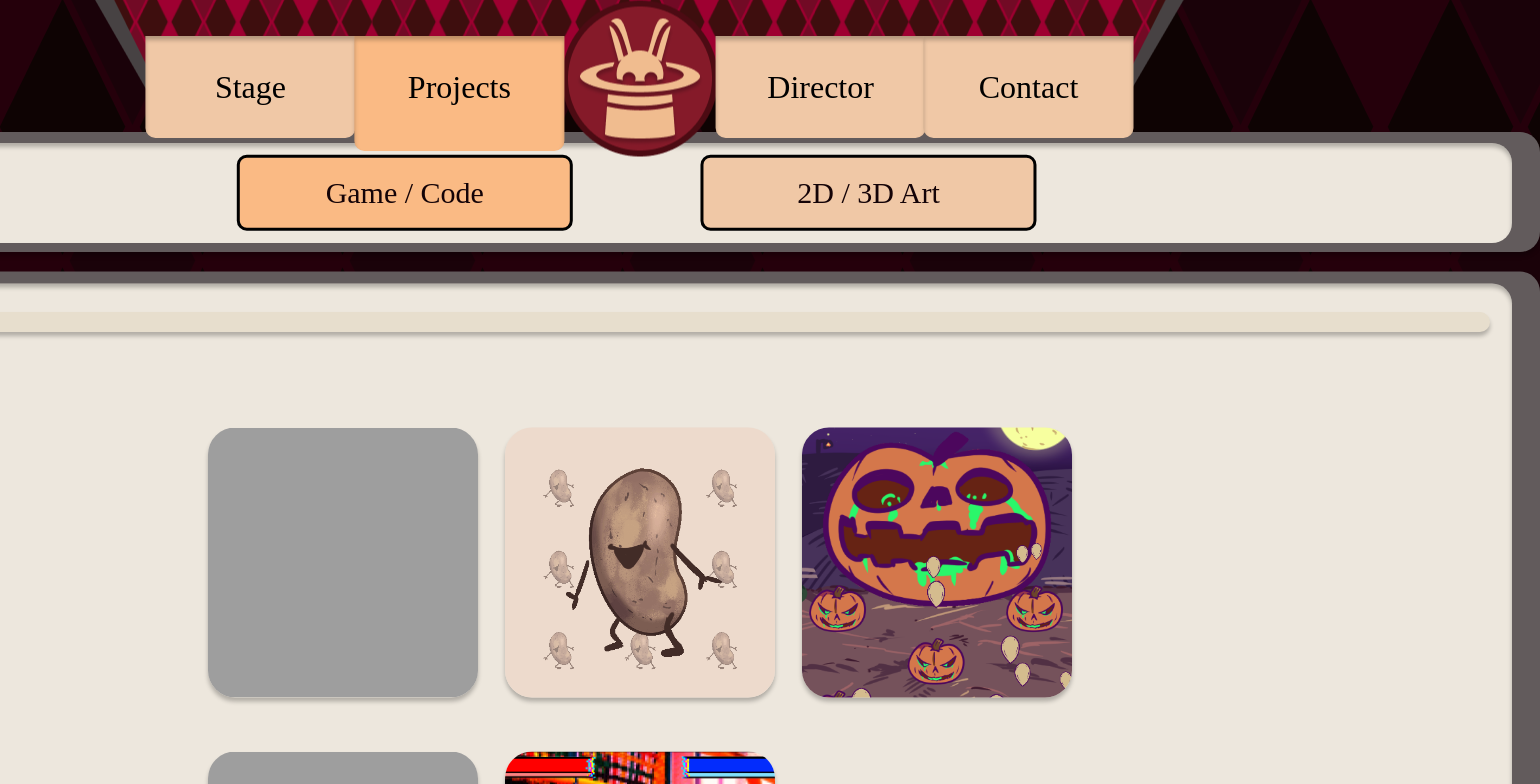
Repository: EMP-ChristinaC/Portfolio
Page: main-project-page/projects.html
The author's editor kept a copy of each file at every save. The page is drawn from the files as they stood at one save, then again after the next save.
The browser window is 1280 px wide. The page is 1540 px wide, so the pictures cover 1540 px, including what lies to the right of the window. The pictures show the part of the page from y = 0 to 784 px (the page is 2161 px tall).
Pictures or frames that could not be fetched are drawn as grey boxes. Some web fonts or font styles are not loaded; a fallback is used.

Above is the page before, as saved 2024-12-18 16:55:09.

### main-project-page/projects.html
<!DOCTYPE html>
<html lang="en">

<head>
    <meta charset="UTF-8">
    <meta name="viewport" content="width=device-width, initial-scale=1.0">
    <title>CC- Project Gallery Main</title>
    <!--- ////////////////// OUTSIDE STYLES //////////////////-->


    <!--- ///////////////// GOOGLE FONTS  ////////////////////-->
    <link rel="preconnect" href="https://fonts.googleapis.com">
    <link rel="preconnect" href="https://fonts.gstatic.com" crossorigin>
    <link
        href="https://fonts.googleapis.com/css2?family=Overlock:ital,wght@0,400;0,700;0,900;1,400;1,700;1,900&family=Vast+Shadow&display=swap"
        rel="stylesheet">

    <!--- /////////////// MY STYLES ////////////////-->

    <link rel="stylesheet" href="projects-style.css">
    <link rel="stylesheet" href="../nav.css">
    <!-- <link rel="stylesheet" href="projects-style1280x1024.css"> -->
    <link rel="stylesheet" href="media-style-mac-main.css">
    <link rel="stylesheet" href="media-style-phone-main.css">

    <!--- //////////////// FAVICON LINKS ///////////////////-->
    <link rel="shortcut icon" href="../image/logo.png" type="image/x-icon">
    <link rel="icon" href="../image/logo.png" type="image/x-icon">

</head>

<body class="project">

    <!--- /////////////////////// NAVIGATION /////////////////////-->
    <header class="navigation">
        <img class="nav-background" src="../image/nav-background.png"
            alt="A decor for the nav, it holds a logo with diamond patterns in the background.">


            <a href="../index.html" class="nav-home">Stage</a>
            <a href="../about-page/about.html" class="nav-about">Director</a>
            <a href="../contact-page/contact.html" class="nav-contact">Contact</a>
            <a href="projects.html" class="nav-projects current">Projects</a>
    </header>

    <!--- /////////////////////// BOX OUTLINE ///////////////////////-->

    <div class="box-outline-outside-projects-sub-nav">
        <div class="box-outline-inside-projects-sub-nav"></div>
    </div>

    <a href="projects.html" class="main current-sub">Game / Code</a>

    <a href="../sub-project-page/projects-two.html" class="sub">2D / 3D Art</a>


    <div class="box-outline-outside-projects">
        <div class="box-outline-inside-projects"></div>
    <!-- <div class="dia-left-projects">
        <img src="../image/Dia-bottom-left.png"
            alt="A diamond pattern decor that is placed onto the bottom left of the box outline">
    </div>

    <div class="dia-right-projects">
        <img src="../image/Dia-top-right.png"
            alt="A diamond pattern decor that is placed onto the top right of the box outline">
    </div> -->
    </div>

    <div class="box-outline-heading-wel-project">
        <div class="heading-intro-project">
            <h1>Digital</h1>
        </div>
    </div>

    <!--- ////////////////////////-->

    <div class="box-outline-outside-projects-two">
        <div class="box-outline-inside-projects-two"></div>
    <!-- <div class="dia-left-projects-two">
        <img src="../image/Dia-bottom-left.png"
            alt="A diamond pattern decor that is placed onto the bottom left of the box outline">
    </div>

    <div class="dia-right-projects-two">
        <img src="../image/Dia-top-right.png"
            alt="A diamond pattern decor that is placed onto the top right of the box outline">
    </div> -->
    </div>

    <div class="box-outline-heading-wel-project-two">
        <div class="heading-intro-project-two">
            <h1>Physical</h1>
        </div>
    </div>



    <!--- ////////////////////////-->

    <div class="box-outline-outside-foot">
        <div class="box-outline-inside-foot"></div>

            <footer class="section">
                <p>© 2024 by Christina Chan. Powered and secured by Github</p>

                <a class="github" href="https://github.com/EMP-ChristinaC"> <img src="../image/Github-icon.png"
                    alt="Github icon image."></a>

            <a class="twitter" href="https://x.com/EMP_Nifl"> <img src="../image/Twitter-Icon.png"
                    alt="Twitter icon image."></a>

                    <a class="discord" href="https://discordapp.com/users/456539039286165514"> <img src="../image/discord-icon.webp"
                            alt="Discord icon image."></a>

                    <a class="linkedin" href="https://www.linkedin.com/in/christina-chan-290a29323/"> <img src="../image/Linkedin-icon.webp"
                            alt="Linkedin icon image."></a>

                            <a class="instagram" href="https://www.instagram.com/emp_christinac/"> <img
                                src="../../image/InstagramIcon.png" alt="Instagram icon image."></a>
                </div>

            </footer>
    </div>


    <!--- /////////////////////// DECOR  ///////////////////////-->

    <!-- <div class="left-curtain">
        <img src="../image/curtains-left.png" alt="A curtain decor that is placed on the left side of the website.">
    </div>

    <div class="right-curtain">
        <img src="../image/curtain-right.png" alt="A curtain decor that is placed on the right side of the website.">
    </div> -->

    <!--- /////////////////////// TEXT ///////////////////////-->


    <!--- /////////////////////// FOOTER ///////////////////////-->


    <!--- /////////////////////// IMAGES DESKTOP ///////////////////////-->

    <div class="image-container">
        <a href="../projects/cardcraft/mc.html"> <img src="../image/CardCraft-Show Case-Overview.jpg" alt="An overview image of a project called CardCraft.">
        <div class="hover-overlay">
            <div class="hover-text-overlay">CardCraft</div>
        </div>
    </div>

    <div class="image-container-two">
        <a href="../projects/potato-shuffle/potato.html"> <img src="../image/Cover.png" alt="An overview image of a project called Potato Shuffle.">
        <div class="hover-overlay">
            <div class="hover-text-overlay">Potato Shuffle</div>
        </div>
    </div>

    <div class="image-container-three">
        <a href="../projects/mystic-rain/mystic.html"> <img src="../image/MysticRain Home Screen.png" alt="An overview image of a project called MysticRain.">
        <div class="hover-overlay">
            <div class="hover-text-overlay">MysticRain</div>
        </div>
    </div>


    <div class="image-container-four">
        <a href="../projects/smash-n-dash/smash.html"> <img src="../image/Smash-N-Dash-Main-Screen.png" alt="An overview image of a project called Smash N Dash.">
        <div class="hover-overlay">
            <div class="hover-text-overlay">Smash-n-Dash</div>
        </div>
    </div>

    <div class="image-container-five">
        <a href="../projects/"> <img src="../image/Inner-Demons-Gallery.png" alt="An overview image of a project called Sniffle: The Fox Box.">
        <div class="hover-overlay">
            <div class="hover-text-overlay">Inner Demons<br> [In Progress]</div>
        </div>
    </div>

    <div class="image-container-six">
        <a href="../projects/"> <img src="../image/OnlyTwo-Gallery.png" alt="An overview image of a project called Liyue Sunset.">
        <div class="hover-overlay">
            <div class="hover-text-overlay">Only Two<br> [In Progress]</div>
        </div>
    </div>

    <div class="image-container-seven">
        <a href=""> <img src="../image/Please-Wait.png" alt="An overview image of a project called Please Wait.">
        <div class="hover-overlay">
            <div class="hover-text-overlay">Please Wait! <br> [In Progress]</div>
        </div>
    </div>


</body>

</html>

### main-project-page/projects-style.css

/*///////////////////////////////// Box Outline ////////////////////////////*/
.box-outline-outside-projects,
.box-outline-outside-projects-two {
    width: 1800px;
    height: 804px;
    background: rgba(98, 91, 92);
    box-shadow: 0px 4px 4px rgba(0, 0, 0, 0.25);
    border-radius: 20px;
}

.box-outline-outside-projects {
    position: absolute;
    top: 50%;
    left: 50%;
    transform: translate(-50%, -11%);
}

.box-outline-outside-projects-two {
    position: absolute;
    top: 50%;
    left: 50%;
    transform: translate(-50%, 95%);
}

.box-outline-outside-projects-sub-nav {
    width: 1800px;
    height: 120px;
    background: rgba(98, 91, 92);
    box-shadow: 0px 4px 4px rgba(0, 0, 0, 0.25);
    border-radius: 20px;
    position: absolute;
    top: 50%;
    left: 50%;
    transform: translate(-50%, -190%);
}


/*//////////////////////////////////////////////////////////////////////////////*/


.box-outline-inside-projects {
    width: 1745px;
    height: 780px;
    background: #EDE7DD;
    box-shadow: 0px 4px 4px rgba(0, 0, 0, 0.25) inset;
    border-radius: 20px;
    position: absolute;
    top: 1.5%;
    left: 1.5%;
    /* transform: translate(-50%, -26.3%); */
}

.box-outline-inside-projects-two {
    width: 1745px;
    height: 780px;
    background: #EDE7DD;
    box-shadow: 0px 4px 4px rgba(0, 0, 0, 0.25) inset;
    border-radius: 20px;
    position: absolute;
    top: 1.5%;
    left: 1.5%;
    /* transform: translate(-50%, -26.3%); */
}

.box-outline-inside-projects-sub-nav {
    width: 1745px;
    height: 100px;
    background: #EDE7DD;
    box-shadow: 0px 4px 4px rgba(0, 0, 0, 0.25) inset;
    border-radius: 20px;
    position: absolute;
    top: 9%;
    left: 1.5%;
    /* transform: translate(-50%, -26.3%); */
}

/*/////////////////////////////////////*/

.box-outline-heading-wel-project,
.box-outline-heading-wel-project-two {
    width: 1700px;
    height: 20px;
    background: #E7DECD;
    box-shadow: 0px 4px 4px rgba(0, 0, 0, 0.25);
    border-radius: 20px;
    z-index: 1;

}
/*/////////////////////////////////////*/

.box-outline-heading-wel-project {
    position: absolute;
    top: 45%;
    left: 50%;
    transform: translate(-50%, -60%);
}

.box-outline-heading-wel-project-two {
    position: absolute;
    top: 117%;
    left: 50%;
    transform: translate(-50%, 895%);
}


/*/////////////////////////////////////*/

.box-outline-outside-foot {
    width: 100%;
    height: 200px;
    background: rgba(98, 91, 92);
    box-shadow: 0px 4px 4px rgba(0, 0, 0, 0.25);
    border-radius: 20px 20px 0 0;
    position: absolute;
    top: 50%;
    left: 50%;
    transform: translate(-50%, 800%);
}

.box-outline-inside-foot {
    width: 99%;
    height: 185px;
    position: absolute;
    background: #EDE7DD;
    box-shadow: 0px 4px 4px rgba(0, 0, 0, 0.25) inset;
    border-radius: 20px 20px 0 0;
    position: absolute;
    /* transform: translate(-50%, 343%); */
    top: 8%;
    left: 0.5%;
}


/*///////////////////////////////// Decor ////////////////////////////*/

.dia-left-projects img,
.dia-left-projects-two img {
    position: absolute;
    top: 27%;
    left: 50%;
    transform: translate(-385%, 205%);
}


.dia-right-projects img,
.dia-right-projects-two img {
    position: absolute;
    top: 27%;
    right: 50%;
    transform: translate(385%, -107%);
}


/*/////////////////////////////////////*/

.left-curtain {
    position: fixed;
    top: 0%;
    left: 0%;
}

.right-curtain {
    position: fixed;
    top: 0%;
    right: 0%;
}

/*///////////////////////////////// Heading Text ////////////////////////////*/

.heading-intro-project,
.heading-intro-project-two {
    width: 827px;
    text-align: center;
    color: #FABA84;
    font-size: 25px;
    font-family: Vast Shadow;
    font-weight: 400;
    -webkit-text-stroke: 0.1px #4C0B13;
    z-index: 1;
}

/*/////////////////////////////////////*/

.heading-intro-project {
    position: absolute;
    top: -20%;
    left: -22%;
    /* transform: translate(-50%, -320%); */
}

.heading-intro-project-two {
    position: absolute;
    top: -20%;
    left: 2%;
    /* transform: translate(-50%, -320%); */
}

/*///////////////////////////////// Paragraph Text ////////////////////////////*/

footer.section {
    text-align: center;
    color: black;
    font-size: 14px;
    font-family: Overlock;
    font-weight: 400;

    width: 500px;
    position: absolute;
    top: 50%;
    left: 50%;
    transform: translate(-53%, 80%);

}

footer.section p {
    width: 100%;
    height: 100%;
    transform: translate(1%, 35%);
}


/*/////////////////////////////////////*/
.github {
    width: 45px;
    height: 45px;
    position: absolute;
    top: 50%;
    left: 50%;
    overflow: hidden;
    box-shadow: 0px 4px 4px rgba(0, 0, 0, 0.25);
    border-radius: 30px;
    transform: translate(-250%, -180%);
}

.github img {
    width: 100%;
    height: 100%;
    object-fit: cover;
    transition: all 0.3s ease-in-out;
    transform: translate(0%, 0%);
}

.twitter {
    width: 45px;
    height: 45px;
    position: absolute;
    top: 50%;
    left: 50%;
    overflow: hidden;
    box-shadow: 0px 4px 4px rgba(0, 0, 0, 0.25);
    border-radius: 30px;
    transform: translate(-100%, -180%);
}

.twitter img {
    width: 100%;
    height: 100%;
    object-fit: cover;
    transition: all 0.3s ease-in-out;
    transform: translate(-0%, -0%);
}


.discord {
    width: 45px;
    height: 45px;
    position: absolute;
    top: 50%;
    left: 50%;
    overflow: hidden;
    box-shadow: 0px 4px 4px rgba(0, 0, 0, 0.25);
    border-radius: 30px;
    transform: translate(50%, -180%);
}

.discord img {
    width: 100%;
    height: 100%;
    object-fit: cover;
    transition: all 0.3s ease-in-out;
    transform: translate(-0%, -0%);
}


.linkedin {
    width: 45px;
    height: 45px;
    position: absolute;
    top: 50%;
    left: 50%;
    overflow: hidden;
    box-shadow: 0px 4px 4px rgba(0, 0, 0, 0.25);
    border-radius: 30px;
    transform: translate(200%, -180%);
}

.linkedin img {
    width: 100%;
    height: 100%;
    object-fit: cover;
    transition: all 0.3s ease-in-out;
    transform: translate(-0%, -0%);
}
/*///////////////////////////////// Button ////////////////////////////*/

.main,
.sub {
    position: absolute;
    text-align: center;
    color: #140307;
    font-family: Vast Shadow;
    font-weight: 400;
    background: #F0C8A6;
    top: 50%;
    left: 50%;
    border: none;
    cursor: pointer;
    transition: all 0.3s ease-in-out;
    border: 3px black solid;
    border-radius: 10px;
    z-index: 1;
}

/*/////////////////////////////////////*/


.main {
    transform: translate(-120%, -270%);
    font-size: 30px;
    line-height: 70px;
    width: 330px;
    height: 70px;
}

.sub {
    transform: translate(18%, -270%);
    font-size: 30px;
    line-height: 70px;
    width: 330px;
    height: 70px;
}


/*///////////////////////////////// Animation ////////////////////////////*/

.image-container {
    transform: translate(-160%, 340%);
}

.image-container-two {
    transform: translate(-50%, 25%);
}

.image-container-three {
    transform: translate(-160%, 145%);
}


.image-container-four {
    transform: translate(60%, 25%);
}

.image-container-five {
    transform: translate(-50%, 145%);
}

.image-container-six {
    transform: translate(-50%, 340%);
}

.image-container-seven {
    transform: translate(-160%, 25%);
}

.image-container,
.image-container-two,
.image-container-three,
.image-container-four,
.image-container-five,
.image-container-six,
.image-container-seven {
    top: 50%;
    left: 50%;
    position: absolute;
    width: 270px;
    height: 270px;
    border-radius: 10%;
    overflow: hidden;
    box-shadow: 0px 4px 4px rgba(0, 0, 0, 0.25);
}

.image-container img {
    width: 150%;
    height: 150%;
    object-fit: cover;
    transform: translate(-20%, -15%);
    transition: all 0.3s ease-in-out;
}

.image-container-two img {
    width: 130%;
    height: 130%;
    object-fit: cover;
    transform: translate(-12%, -16%);
    transition: all 0.3s ease-in-out;
}

.image-container-three img {
    width: 150%;
    height: 100%;
    object-fit: cover;
    transform: translate(-30%, -0%);
    transition: all 0.3s ease-in-out;
}

.image-container-four img {
    width: 100%;
    height: 190%;
    transform: translate(0%, -17%);
    object-fit: cover;
    transition: all 0.3s ease-in-out;
}

.image-container-five img {
    width: 100%;
    height: 100%;
    object-fit: cover;
    transition: all 0.3s ease-in-out;
}

.image-container-six img {
    width: 140%;
    height: 140%;
    object-fit: cover;
    transition: all 0.3s ease-in-out;
    transform: translate(0%, -15%);
}

.image-container-seven img {
    width: 100%;
    height: 100%;
    object-fit: cover;
    transition: all 0.3s ease-in-out;
}

.hover-overlay {
    position: absolute;
    top: 0;
    left: 0;
    width: 100%;
    height: 100%;
    display: flex;
    justify-content: center;
    align-items: center;
    opacity: 0;
    transition: opacity 0.8s ease;
    background: rgba(0, 0, 0, 0.4);
    border-radius: 10%;
}

.hover-text-overlay {
    color: #f1f1f1;
    font-size: 25px;
    font-family: Overlock;
    font-weight: 400;
    padding: 20px;
    text-align: center;
}

.image-container:hover .hover-overlay,
.image-container-two:hover .hover-overlay,
.image-container-three:hover .hover-overlay,
.image-container-four:hover .hover-overlay,
.image-container-five:hover .hover-overlay,
.image-container-six:hover .hover-overlay,
.image-container-seven:hover .hover-overlay {
    opacity: 1;
}


/*///////////////////////////////// Phone ////////////////////////////*/

.phone-projects {
    display: none;
}

### main-project-page/media-style-mac-main.css
@media screen and (min-width: 2005px) and (min-height: 1353px) {


    /*///////////////////////////////// Nav Decor ////////////////////////////*/
    .nav-background {
        transform: translate(-50%, -57%);
        width: 1320px;
        height: auto;

    }


    .nav-home,
    .nav-about,
    .nav-contact,
    .nav-projects {
        width: 250px;
        height: 120px;
        font-size: 38px;
        font-weight: 400;
        line-height: 120px;
    }

    .current {
        height: 16%;
    }

    /*///////////////////////// Nav Home //////////////////////////*/
    .nav-home {
        transform: translate(-235.5%);
    }

    .nav-home:hover {
        height: 16%;
    }

    /*///////////////////////////// Nav About /////////////////////////*/
    .nav-about {
        transform: translate(-136%);
    }

    .nav-about:hover {
        height: 16%;
    }

    /*/////////////////////////////////// Nav Contact ///////////////////////*/
    .nav-contact {
        transform: translate(36%);
    }

    .nav-contact:hover {
        height: 16%;
    }

    /*///////////////////////////////// Nav Projects ////////////////////////////*/
    .nav-projects {
        transform: translate(135%);
    }

    .nav-projects:hover {
        height: 16%;
    }

    /*//////////////////////////*/


    /* .project::before {
        width: 2005px;
        height: 2400px;
    } */


    .left-curtain img {
        width: auto;
        height: 1480px;
    }


    .right-curtain img {
        width: auto;
        height: 1510px;
    }





}

Loaded but not shown: main-project-page/media-style-phone-main.css (322 lines, source omitted); nav.css (334 lines, source omitted)

After the next save:
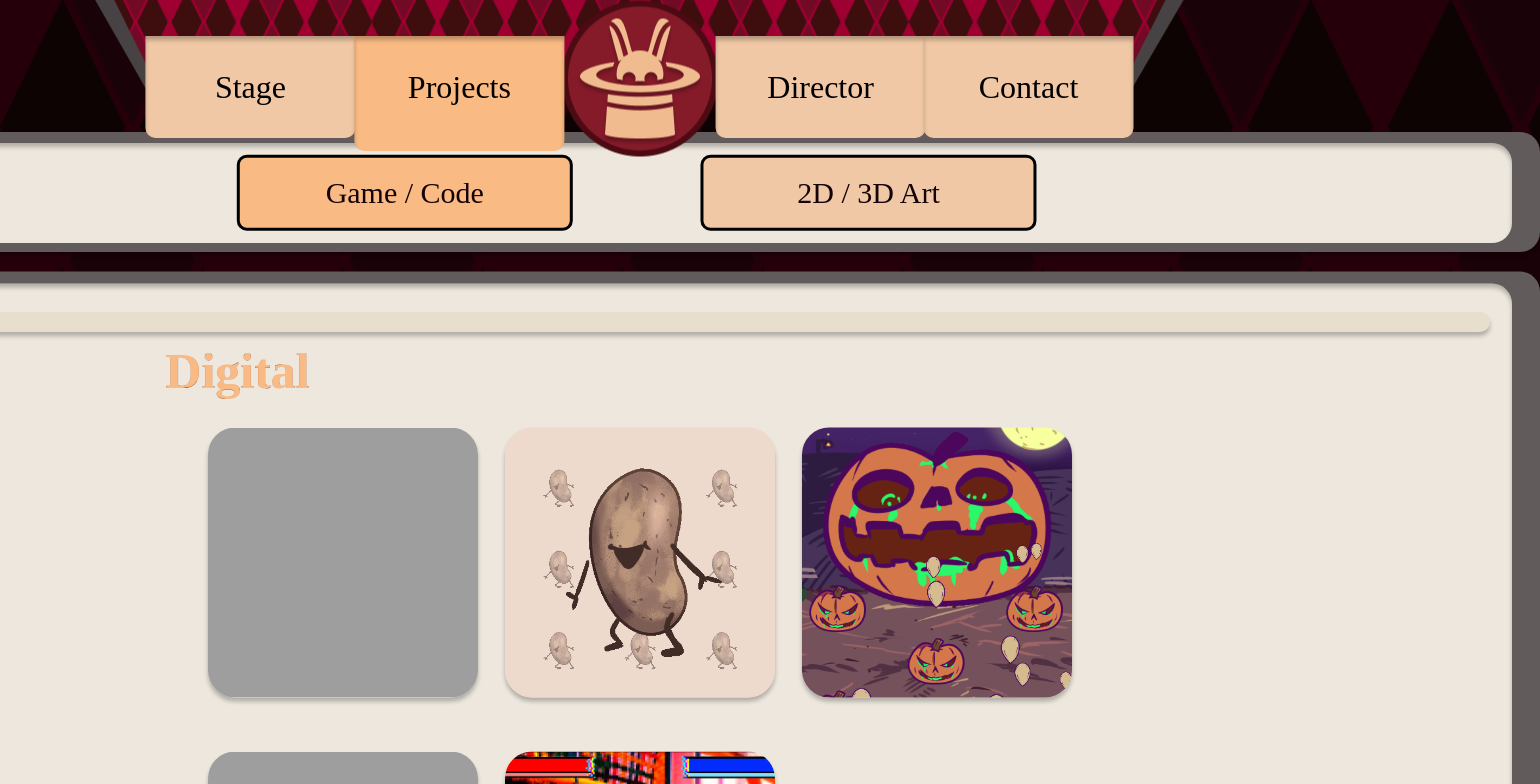
Saved 23 s later.
--- a/main-project-page/projects-style.css
+++ b/main-project-page/projects-style.css
@@ -98,7 +98,7 @@
 
 .box-outline-heading-wel-project-two {
     position: absolute;
-    top: 117%;
+    top: 115%;
     left: 50%;
     transform: translate(-50%, 895%);
 }
@@ -185,7 +185,7 @@
 .heading-intro-project {
     position: absolute;
     top: -20%;
-    left: -22%;
+    left: 2%;
     /* transform: translate(-50%, -320%); */
 }
 

After the save that followed:
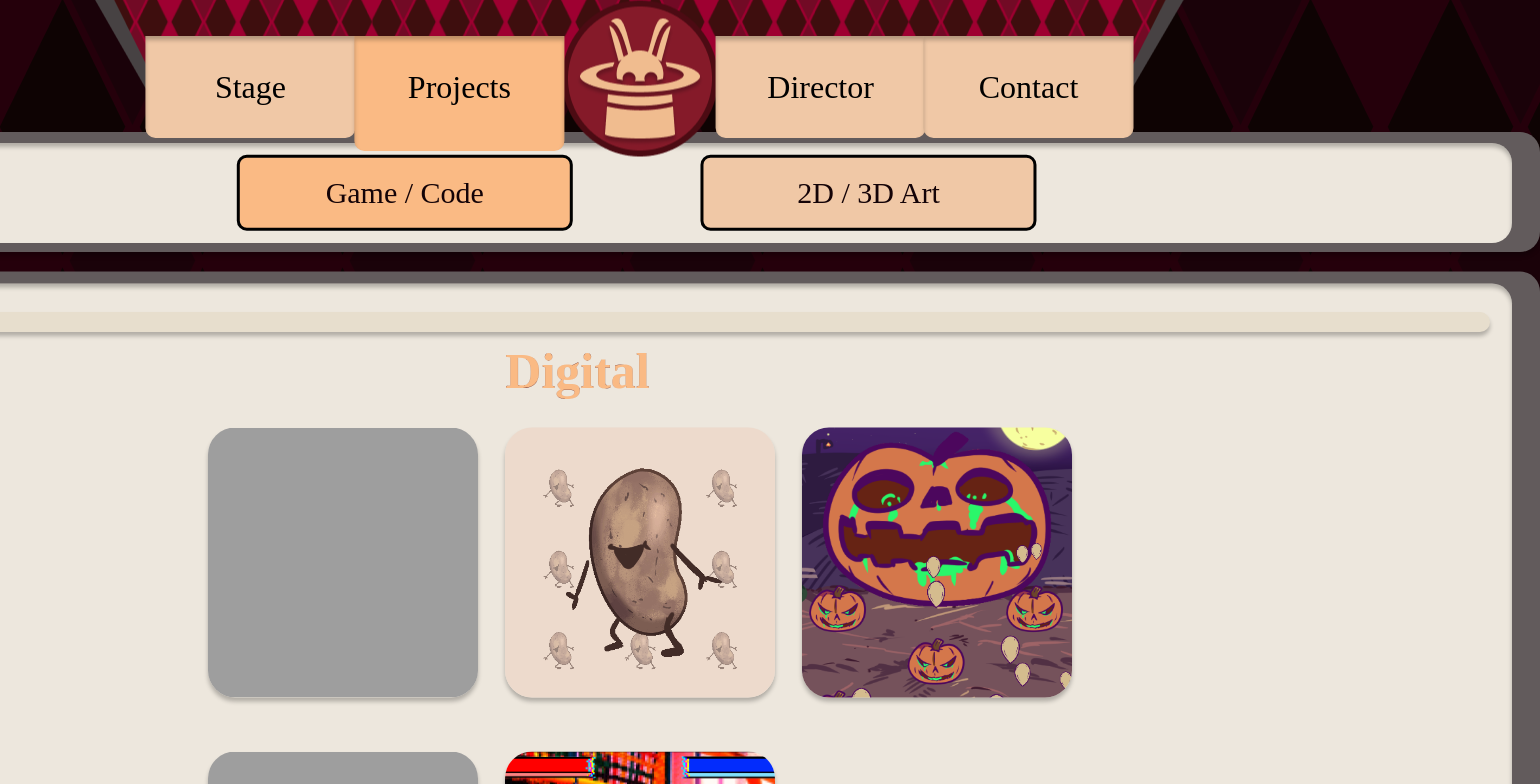
Saved 8 s later.
--- a/main-project-page/projects-style.css
+++ b/main-project-page/projects-style.css
@@ -98,7 +98,7 @@
 
 .box-outline-heading-wel-project-two {
     position: absolute;
-    top: 115%;
+    top: 117%;
     left: 50%;
     transform: translate(-50%, 895%);
 }
@@ -185,7 +185,7 @@
 .heading-intro-project {
     position: absolute;
     top: -20%;
-    left: 2%;
+    left: 22%;
     /* transform: translate(-50%, -320%); */
 }
 
